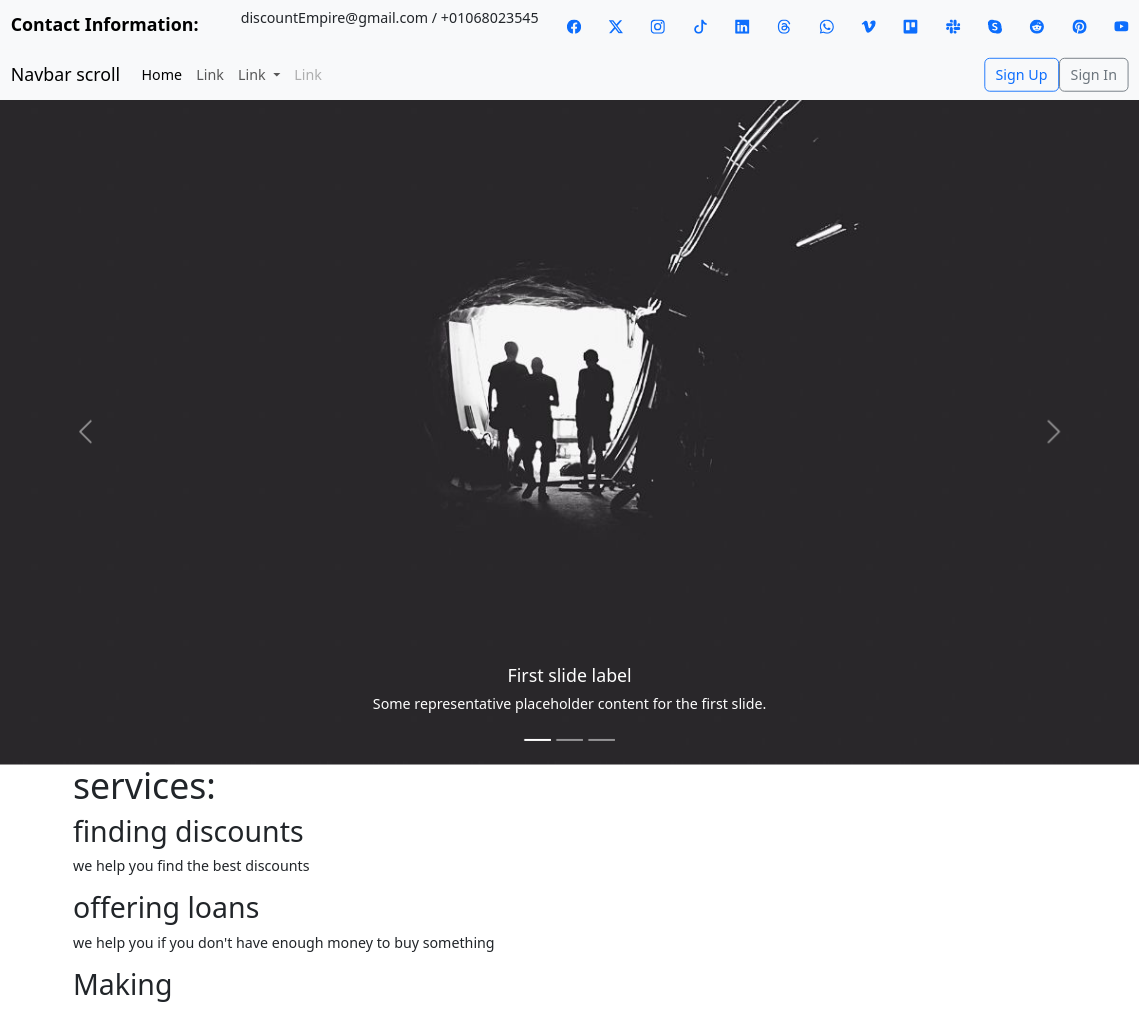
Repository: HaziimYassien/The-Discount-Empire
Page: index.html
The author's editor kept a copy of each file at every save. The page is drawn from the files as they stood at one save, then again after a run of saves.
The browser window is 1280 px wide. The pictures show the whole page, at 89% of full size.

Above is the page before, as saved 2024-01-24 18:33:50.

### index.html
<!DOCTYPE html>
<html lang="en">
  <head>
    <meta charset="UTF-8" />
    <meta name="viewport" content="width=device-width, initial-scale=1.0" />
<link href="https://cdn.jsdelivr.net/npm/bootstrap@5.3.2/dist/css/bootstrap.min.css" rel="stylesheet" integrity="sha384-T3c6CoIi6uLrA9TneNEoa7RxnatzjcDSCmG1MXxSR1GAsXEV/Dwwykc2MPK8M2HN" crossorigin="anonymous">
<script src="https://cdn.jsdelivr.net/npm/bootstrap@5.3.2/dist/js/bootstrap.bundle.min.js" integrity="sha384-C6RzsynM9kWDrMNeT87bh95OGNyZPhcTNXj1NW7RuBCsyN/o0jlpcV8Qyq46cDfL" crossorigin="anonymous"></script>

    <title>Document</title>
  </head>
  <body>
    <!-- START _SocialMediaBar -->
<nav class="h-auto navbar sticky-top navbar-light bg-light">
  <div class="h-1 container-fluid">
    <strong class="mb-0 navbar-brand" href="#">Contact Information:  </strong>
    <p>discountEmpire@gmail.com / +01068023545</p>
    <a href="#">
 <svg xmlns="http://www.w3.org/2000/svg" width="16" height="16" fill="currentColor" class="bi bi-facebook" viewBox="0 0 16 16">
  <path d="M16 8.049c0-4.446-3.582-8.05-8-8.05C3.58 0-.002 3.603-.002 8.05c0 4.017 2.926 7.347 6.75 7.951v-5.625h-2.03V8.05H6.75V6.275c0-2.017 1.195-3.131 3.022-3.131.876 0 1.791.157 1.791.157v1.98h-1.009c-.993 0-1.303.621-1.303 1.258v1.51h2.218l-.354 2.326H9.25V16c3.824-.604 6.75-3.934 6.75-7.951"/>
</svg>
    </a>

    <a href="#">
<svg xmlns="http://www.w3.org/2000/svg" width="16" height="16" fill="currentColor" class="bi bi-twitter-x" viewBox="0 0 16 16">
  <path d="M12.6.75h2.454l-5.36 6.142L16 15.25h-4.937l-3.867-5.07-4.425 5.07H.316l5.733-6.57L0 .75h5.063l3.495 4.633L12.601.75Zm-.86 13.028h1.36L4.323 2.145H2.865z"/>
</svg>
</a>
<a href="#">
<svg xmlns="http://www.w3.org/2000/svg" width="16" height="16" fill="currentColor" class="bi bi-instagram" viewBox="0 0 16 16">
  <path d="M8 0C5.829 0 5.556.01 4.703.048 3.85.088 3.269.222 2.76.42a3.9 3.9 0 0 0-1.417.923A3.9 3.9 0 0 0 .42 2.76C.222 3.268.087 3.85.048 4.7.01 5.555 0 5.827 0 8.001c0 2.172.01 2.444.048 3.297.04.852.174 1.433.372 1.942.205.526.478.972.923 1.417.444.445.89.719 1.416.923.51.198 1.09.333 1.942.372C5.555 15.99 5.827 16 8 16s2.444-.01 3.298-.048c.851-.04 1.434-.174 1.943-.372a3.9 3.9 0 0 0 1.416-.923c.445-.445.718-.891.923-1.417.197-.509.332-1.09.372-1.942C15.99 10.445 16 10.173 16 8s-.01-2.445-.048-3.299c-.04-.851-.175-1.433-.372-1.941a3.9 3.9 0 0 0-.923-1.417A3.9 3.9 0 0 0 13.24.42c-.51-.198-1.092-.333-1.943-.372C10.443.01 10.172 0 7.998 0zm-.717 1.442h.718c2.136 0 2.389.007 3.232.046.78.035 1.204.166 1.486.275.373.145.64.319.92.599s.453.546.598.92c.11.281.24.705.275 1.485.039.843.047 1.096.047 3.231s-.008 2.389-.047 3.232c-.035.78-.166 1.203-.275 1.485a2.5 2.5 0 0 1-.599.919c-.28.28-.546.453-.92.598-.28.11-.704.24-1.485.276-.843.038-1.096.047-3.232.047s-2.39-.009-3.233-.047c-.78-.036-1.203-.166-1.485-.276a2.5 2.5 0 0 1-.92-.598 2.5 2.5 0 0 1-.6-.92c-.109-.281-.24-.705-.275-1.485-.038-.843-.046-1.096-.046-3.233s.008-2.388.046-3.231c.036-.78.166-1.204.276-1.486.145-.373.319-.64.599-.92s.546-.453.92-.598c.282-.11.705-.24 1.485-.276.738-.034 1.024-.044 2.515-.045zm4.988 1.328a.96.96 0 1 0 0 1.92.96.96 0 0 0 0-1.92m-4.27 1.122a4.109 4.109 0 1 0 0 8.217 4.109 4.109 0 0 0 0-8.217m0 1.441a2.667 2.667 0 1 1 0 5.334 2.667 2.667 0 0 1 0-5.334"/>
</svg>
</a>
<a href="#">
<svg xmlns="http://www.w3.org/2000/svg" width="16" height="16" fill="currentColor" class="bi bi-tiktok" viewBox="0 0 16 16">
  <path d="M9 0h1.98c.144.715.54 1.617 1.235 2.512C12.895 3.389 13.797 4 15 4v2c-1.753 0-3.07-.814-4-1.829V11a5 5 0 1 1-5-5v2a3 3 0 1 0 3 3z"/>
</svg>
</a>
<a href="#">
<svg xmlns="http://www.w3.org/2000/svg" width="16" height="16" fill="currentColor" class="bi bi-linkedin" viewBox="0 0 16 16">
  <path d="M0 1.146C0 .513.526 0 1.175 0h13.65C15.474 0 16 .513 16 1.146v13.708c0 .633-.526 1.146-1.175 1.146H1.175C.526 16 0 15.487 0 14.854zm4.943 12.248V6.169H2.542v7.225zm-1.2-8.212c.837 0 1.358-.554 1.358-1.248-.015-.709-.52-1.248-1.342-1.248S2.4 3.226 2.4 3.934c0 .694.521 1.248 1.327 1.248zm4.908 8.212V9.359c0-.216.016-.432.08-.586.173-.431.568-.878 1.232-.878.869 0 1.216.662 1.216 1.634v3.865h2.401V9.25c0-2.22-1.184-3.252-2.764-3.252-1.274 0-1.845.7-2.165 1.193v.025h-.016l.016-.025V6.169h-2.4c.03.678 0 7.225 0 7.225z"/>
</svg>
</a>
<a href="#">
<svg xmlns="http://www.w3.org/2000/svg" width="16" height="16" fill="currentColor" class="bi bi-threads" viewBox="0 0 16 16">
  <path d="M6.321 6.016c-.27-.18-1.166-.802-1.166-.802.756-1.081 1.753-1.502 3.132-1.502.975 0 1.803.327 2.394.948s.928 1.509 1.005 2.644q.492.207.905.484c1.109.745 1.719 1.86 1.719 3.137 0 2.716-2.226 5.075-6.256 5.075C4.594 16 1 13.987 1 7.994 1 2.034 4.482 0 8.044 0 9.69 0 13.55.243 15 5.036l-1.36.353C12.516 1.974 10.163 1.43 8.006 1.43c-3.565 0-5.582 2.171-5.582 6.79 0 4.143 2.254 6.343 5.63 6.343 2.777 0 4.847-1.443 4.847-3.556 0-1.438-1.208-2.127-1.27-2.127-.236 1.234-.868 3.31-3.644 3.31-1.618 0-3.013-1.118-3.013-2.582 0-2.09 1.984-2.847 3.55-2.847.586 0 1.294.04 1.663.114 0-.637-.54-1.728-1.9-1.728-1.25 0-1.566.405-1.967.868ZM8.716 8.19c-2.04 0-2.304.87-2.304 1.416 0 .878 1.043 1.168 1.6 1.168 1.02 0 2.067-.282 2.232-2.423a6.2 6.2 0 0 0-1.528-.161"/>
</svg>
</a>
<a href="#">
<svg xmlns="http://www.w3.org/2000/svg" width="16" height="16" fill="currentColor" class="bi bi-whatsapp" viewBox="0 0 16 16">
  <path d="M13.601 2.326A7.85 7.85 0 0 0 7.994 0C3.627 0 .068 3.558.064 7.926c0 1.399.366 2.76 1.057 3.965L0 16l4.204-1.102a7.9 7.9 0 0 0 3.79.965h.004c4.368 0 7.926-3.558 7.93-7.93A7.9 7.9 0 0 0 13.6 2.326zM7.994 14.521a6.6 6.6 0 0 1-3.356-.92l-.24-.144-2.494.654.666-2.433-.156-.251a6.56 6.56 0 0 1-1.007-3.505c0-3.626 2.957-6.584 6.591-6.584a6.56 6.56 0 0 1 4.66 1.931 6.56 6.56 0 0 1 1.928 4.66c-.004 3.639-2.961 6.592-6.592 6.592m3.615-4.934c-.197-.099-1.17-.578-1.353-.646-.182-.065-.315-.099-.445.099-.133.197-.513.646-.627.775-.114.133-.232.148-.43.05-.197-.1-.836-.308-1.592-.985-.59-.525-.985-1.175-1.103-1.372-.114-.198-.011-.304.088-.403.087-.088.197-.232.296-.346.1-.114.133-.198.198-.33.065-.134.034-.248-.015-.347-.05-.099-.445-1.076-.612-1.47-.16-.389-.323-.335-.445-.34-.114-.007-.247-.007-.38-.007a.73.73 0 0 0-.529.247c-.182.198-.691.677-.691 1.654s.71 1.916.81 2.049c.098.133 1.394 2.132 3.383 2.992.47.205.84.326 1.129.418.475.152.904.129 1.246.08.38-.058 1.171-.48 1.338-.943.164-.464.164-.86.114-.943-.049-.084-.182-.133-.38-.232"/>
</svg>
</a>
<a href="#">
<svg xmlns="http://www.w3.org/2000/svg" width="16" height="16" fill="currentColor" class="bi bi-vimeo" viewBox="0 0 16 16">
  <path d="M15.992 4.204q-.106 2.334-3.262 6.393-3.263 4.243-5.522 4.243-1.4 0-2.367-2.583L3.55 7.523Q2.83 4.939 2.007 4.94q-.178.001-1.254.754L0 4.724a210 210 0 0 0 2.334-2.081q1.581-1.364 2.373-1.437 1.865-.185 2.298 2.553.466 2.952.646 3.666.54 2.447 1.186 2.445.5 0 1.508-1.587 1.006-1.587 1.077-2.415.144-1.37-1.077-1.37a3 3 0 0 0-1.185.261q1.183-3.86 4.508-3.756 2.466.075 2.324 3.2z"/>
</svg>
</a>
<a href="#">
<svg xmlns="http://www.w3.org/2000/svg" width="16" height="16" fill="currentColor" class="bi bi-trello" viewBox="0 0 16 16">
  <path d="M14.1 0H1.903C.852 0 .002.85 0 1.9v12.19A1.9 1.9 0 0 0 1.902 16h12.199A1.9 1.9 0 0 0 16 14.09V1.9A1.9 1.9 0 0 0 14.1 0M7 11.367a.636.636 0 0 1-.64.633H3.593a.633.633 0 0 1-.63-.633V3.583c0-.348.281-.631.63-.633h2.765c.35.002.632.284.633.633zm6.052-3.5a.633.633 0 0 1-.64.633h-2.78A.636.636 0 0 1 9 7.867V3.583a.636.636 0 0 1 .633-.633h2.778c.35.002.631.285.631.633z"/>
</svg>
</a>
<a href="#">
<svg xmlns="http://www.w3.org/2000/svg" width="16" height="16" fill="currentColor" class="bi bi-slack" viewBox="0 0 16 16">
  <path d="M3.362 10.11c0 .926-.756 1.681-1.681 1.681S0 11.036 0 10.111.756 8.43 1.68 8.43h1.682zm.846 0c0-.924.756-1.68 1.681-1.68s1.681.756 1.681 1.68v4.21c0 .924-.756 1.68-1.68 1.68a1.685 1.685 0 0 1-1.682-1.68zM5.89 3.362c-.926 0-1.682-.756-1.682-1.681S4.964 0 5.89 0s1.68.756 1.68 1.68v1.682zm0 .846c.924 0 1.68.756 1.68 1.681S6.814 7.57 5.89 7.57H1.68C.757 7.57 0 6.814 0 5.89c0-.926.756-1.682 1.68-1.682zm6.749 1.682c0-.926.755-1.682 1.68-1.682S16 4.964 16 5.889s-.756 1.681-1.68 1.681h-1.681zm-.848 0c0 .924-.755 1.68-1.68 1.68A1.685 1.685 0 0 1 8.43 5.89V1.68C8.43.757 9.186 0 10.11 0c.926 0 1.681.756 1.681 1.68zm-1.681 6.748c.926 0 1.682.756 1.682 1.681S11.036 16 10.11 16s-1.681-.756-1.681-1.68v-1.682h1.68zm0-.847c-.924 0-1.68-.755-1.68-1.68s.756-1.681 1.68-1.681h4.21c.924 0 1.68.756 1.68 1.68 0 .926-.756 1.681-1.68 1.681z"/>
</svg>
</a>
<a href="#">
<svg xmlns="http://www.w3.org/2000/svg" width="16" height="16" fill="currentColor" class="bi bi-skype" viewBox="0 0 16 16">
  <path d="M4.671 0c.88 0 1.733.247 2.468.702a7.42 7.42 0 0 1 6.02 2.118 7.37 7.37 0 0 1 2.167 5.215q0 .517-.072 1.026a4.66 4.66 0 0 1 .6 2.281 4.64 4.64 0 0 1-1.37 3.294A4.67 4.67 0 0 1 11.18 16c-.84 0-1.658-.226-2.37-.644a7.42 7.42 0 0 1-6.114-2.107A7.37 7.37 0 0 1 .529 8.035q0-.545.08-1.081a4.644 4.644 0 0 1 .76-5.59A4.68 4.68 0 0 1 4.67 0zm.447 7.01c.18.309.43.572.729.769a7 7 0 0 0 1.257.653q.737.308 1.145.523c.229.112.437.264.615.448.135.142.21.331.21.528a.87.87 0 0 1-.335.723c-.291.196-.64.289-.99.264a2.6 2.6 0 0 1-1.048-.206 11 11 0 0 1-.532-.253 1.3 1.3 0 0 0-.587-.15.72.72 0 0 0-.501.176.63.63 0 0 0-.195.491.8.8 0 0 0 .148.482 1.2 1.2 0 0 0 .456.354 5.1 5.1 0 0 0 2.212.419 4.6 4.6 0 0 0 1.624-.265 2.3 2.3 0 0 0 1.08-.801c.267-.39.402-.855.386-1.327a2.1 2.1 0 0 0-.279-1.101 2.5 2.5 0 0 0-.772-.792A7 7 0 0 0 8.486 7.3a1 1 0 0 0-.145-.058 18 18 0 0 1-1.013-.447 1.8 1.8 0 0 1-.54-.387.73.73 0 0 1-.2-.508.8.8 0 0 1 .385-.723 1.76 1.76 0 0 1 .968-.247c.26-.003.52.03.772.096q.412.119.802.293c.105.049.22.075.336.076a.6.6 0 0 0 .453-.19.7.7 0 0 0 .18-.496.72.72 0 0 0-.17-.476 1.4 1.4 0 0 0-.556-.354 3.7 3.7 0 0 0-.708-.183 6 6 0 0 0-1.022-.078 4.5 4.5 0 0 0-1.536.258 2.7 2.7 0 0 0-1.174.784 1.9 1.9 0 0 0-.45 1.287c-.01.37.076.736.25 1.063"/>
</svg>
</a>
<a href="#">
<svg xmlns="http://www.w3.org/2000/svg" width="16" height="16" fill="currentColor" class="bi bi-reddit" viewBox="0 0 16 16">
  <path d="M6.167 8a.83.83 0 0 0-.83.83c0 .459.372.84.83.831a.831.831 0 0 0 0-1.661m1.843 3.647c.315 0 1.403-.038 1.976-.611a.23.23 0 0 0 0-.306.213.213 0 0 0-.306 0c-.353.363-1.126.487-1.67.487-.545 0-1.308-.124-1.671-.487a.213.213 0 0 0-.306 0 .213.213 0 0 0 0 .306c.564.563 1.652.61 1.977.61zm.992-2.807c0 .458.373.83.831.83s.83-.381.83-.83a.831.831 0 0 0-1.66 0z"/>
  <path d="M16 8A8 8 0 1 1 0 8a8 8 0 0 1 16 0m-3.828-1.165c-.315 0-.602.124-.812.325-.801-.573-1.9-.945-3.121-.993l.534-2.501 1.738.372a.83.83 0 1 0 .83-.869.83.83 0 0 0-.744.468l-1.938-.41a.2.2 0 0 0-.153.028.2.2 0 0 0-.086.134l-.592 2.788c-1.24.038-2.358.41-3.17.992-.21-.2-.496-.324-.81-.324a1.163 1.163 0 0 0-.478 2.224q-.03.17-.029.353c0 1.795 2.091 3.256 4.669 3.256s4.668-1.451 4.668-3.256c0-.114-.01-.238-.029-.353.401-.181.688-.592.688-1.069 0-.65-.525-1.165-1.165-1.165"/>
</svg>
</a>
<a href="#">
<svg xmlns="http://www.w3.org/2000/svg" width="16" height="16" fill="currentColor" class="bi bi-pinterest" viewBox="0 0 16 16">
  <path d="M8 0a8 8 0 0 0-2.915 15.452c-.07-.633-.134-1.606.027-2.297.146-.625.938-3.977.938-3.977s-.239-.479-.239-1.187c0-1.113.645-1.943 1.448-1.943.682 0 1.012.512 1.012 1.127 0 .686-.437 1.712-.663 2.663-.188.796.4 1.446 1.185 1.446 1.422 0 2.515-1.5 2.515-3.664 0-1.915-1.377-3.254-3.342-3.254-2.276 0-3.612 1.707-3.612 3.471 0 .688.265 1.425.595 1.826a.24.24 0 0 1 .056.23c-.061.252-.196.796-.222.907-.035.146-.116.177-.268.107-1-.465-1.624-1.926-1.624-3.1 0-2.523 1.834-4.84 5.286-4.84 2.775 0 4.932 1.977 4.932 4.62 0 2.757-1.739 4.976-4.151 4.976-.811 0-1.573-.421-1.834-.919l-.498 1.902c-.181.695-.669 1.566-.995 2.097A8 8 0 1 0 8 0"/>
</svg>
</a>
<a href="#">
<svg xmlns="http://www.w3.org/2000/svg" width="16" height="16" fill="currentColor" class="bi bi-youtube" viewBox="0 0 16 16">
  <path d="M8.051 1.999h.089c.822.003 4.987.033 6.11.335a2.01 2.01 0 0 1 1.415 1.42c.101.38.172.883.22 1.402l.01.104.022.26.008.104c.065.914.073 1.77.074 1.957v.075c-.001.194-.01 1.108-.082 2.06l-.008.105-.009.104c-.05.572-.124 1.14-.235 1.558a2.01 2.01 0 0 1-1.415 1.42c-1.16.312-5.569.334-6.18.335h-.142c-.309 0-1.587-.006-2.927-.052l-.17-.006-.087-.004-.171-.007-.171-.007c-1.11-.049-2.167-.128-2.654-.26a2.01 2.01 0 0 1-1.415-1.419c-.111-.417-.185-.986-.235-1.558L.09 9.82l-.008-.104A31 31 0 0 1 0 7.68v-.123c.002-.215.01-.958.064-1.778l.007-.103.003-.052.008-.104.022-.26.01-.104c.048-.519.119-1.023.22-1.402a2.01 2.01 0 0 1 1.415-1.42c.487-.13 1.544-.21 2.654-.26l.17-.007.172-.006.086-.003.171-.007A100 100 0 0 1 7.858 2zM6.4 5.209v4.818l4.157-2.408z"/>
</svg>
</a>
  </div>
</nav>
    <!-- END _SocialMediaBar -->
    <!-- START _NavBar -->
    <nav class="navbar navbar-expand-lg navbar-light bg-light sticky-top">
      <div class="container-fluid">
        <a class="navbar-brand" href="#">Navbar scroll</a>
        <button
          class="navbar-toggler"
          type="button"
          data-bs-toggle="collapse"
          data-bs-target="#navbarScroll"
          aria-controls="navbarScroll"
          aria-expanded="false"
          aria-label="Toggle navigation"
        >
          <span class="navbar-toggler-icon"></span>
        </button>
        <div class="collapse navbar-collapse" id="navbarScroll">
          <ul
            class="navbar-nav me-auto my-2 my-lg-0 navbar-nav-scroll"
            style="--bs-scroll-height: 100px"
          >
            <li class="nav-item">
              <a class="nav-link active" aria-current="page" href="#">Home</a>
            </li>
            <li class="nav-item">
              <a class="nav-link" href="#">Link</a>
            </li>
            <li class="nav-item dropdown">
              <a
                class="nav-link dropdown-toggle"
                href="#"
                id="navbarScrollingDropdown"
                role="button"
                data-bs-toggle="dropdown"
                aria-expanded="false"
              >
                Link
              </a>
              <ul
                class="dropdown-menu"
                aria-labelledby="navbarScrollingDropdown"
              >
                <li><a class="dropdown-item" href="#">Action</a></li>
                <li><a class="dropdown-item" href="#">Another action</a></li>
                <li><hr class="dropdown-divider" /></li>
                <li>
                  <a class="dropdown-item" href="#">Something else here</a>
                </li>
              </ul>
            </li>
            <li class="nav-item">
              <a
                class="nav-link disabled"
                href="#"
                tabindex="-1"
                aria-disabled="true"
                >Link</a
              >
            </li>
          </ul>

            <button class="btn btn-outline-primary" type="#">
              Sign Up
            </button>
              <button class="btn btn-outline-secondary" type="#">
              Sign In
            </button>
          </form>
        </div>
      </div>
    </nav>
    <!-- END _NavBar -->


    <!-- START _Gallery -->

<div id="carouselExampleDark" class="carousel carousel-light slide" data-bs-ride="carousel">
  <div class="carousel-indicators">
    <button type="button" data-bs-target="#carouselExampleDark" data-bs-slide-to="0" class="active" aria-current="true" aria-label="Slide 1"></button>
    <button type="button" data-bs-target="#carouselExampleDark" data-bs-slide-to="1" aria-label="Slide 2"></button>
    <button type="button" data-bs-target="#carouselExampleDark" data-bs-slide-to="2" aria-label="Slide 3"></button>
  </div>
  <div class="carousel-inner">
    <div class="carousel-item active" data-bs-interval="10000">
      <img src="/img/la.jpg" class="d-block w-100" alt="...">
      <div class="carousel-caption d-none d-md-block">
        <h5>First slide label</h5>
        <p>Some representative placeholder content for the first slide.</p>
      </div>
    </div>
    <div class="carousel-item" data-bs-interval="2000">
      <img src="/img/la.jpg" class="d-block w-100" alt="...">
      <div class="carousel-caption d-none d-md-block">
        <h5>Second slide label</h5>
        <p>Some representative placeholder content for the second slide.</p>
      </div>
    </div>
    <div class="carousel-item">
      <img src="/img/la.jpg" class="d-block w-100" alt="...">
      <div class="carousel-caption d-none d-md-block">
        <h5>Third slide label</h5>
        <p>Some representative placeholder content for the third slide.</p>
      </div>
    </div>
  </div>
  <button class="carousel-control-prev" type="button" data-bs-target="#carouselExampleDark" data-bs-slide="prev">
    <span class="carousel-control-prev-icon" aria-hidden="true"></span>
    <span class="visually-hidden">Previous</span>
  </button>
  <button class="carousel-control-next" type="button" data-bs-target="#carouselExampleDark" data-bs-slide="next">
    <span class="carousel-control-next-icon" aria-hidden="true"></span>
    <span class="visually-hidden">Next</span>
  </button>
</div>
    <!-- END _Gallery -->



    <!-- START _Services -->
<section class="container">
  <h1>services: </h1>
  <div class="inner">
    <h2>finding discounts</h2>
    <p>we help you find the best discounts </p>
  </div>
  <div class="inner">
    <h2>offering loans</h2>
    <p>we help you if you don't have enough money to buy something</p>
  </div>
  <div class="inner">
    <h2>Making </h2>
  </div>
</section>
    <!-- END _Services -->
  </body>
</html>

After the next 6 saves:
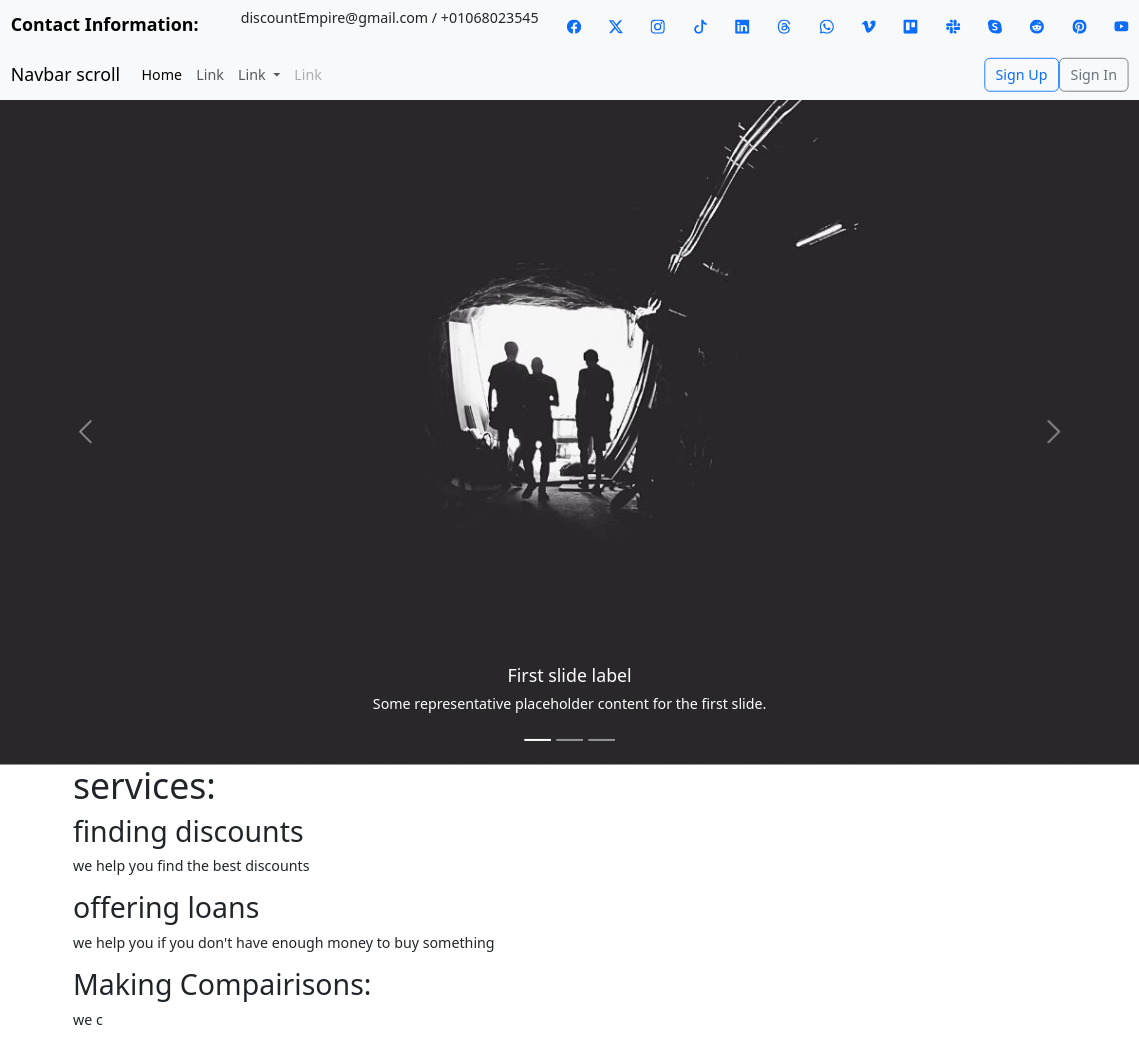
The 6 saves are shown as one change because they came seconds apart.
The last was saved 13 s later.
--- a/index.html
+++ b/index.html
@@ -218,7 +218,8 @@
     <p>we help you if you don't have enough money to buy something</p>
   </div>
   <div class="inner">
-    <h2>Making </h2>
+    <h2>Making Compairisons: </h2>
+    <p>we c</p>
   </div>
 </section>
     <!-- END _Services -->
